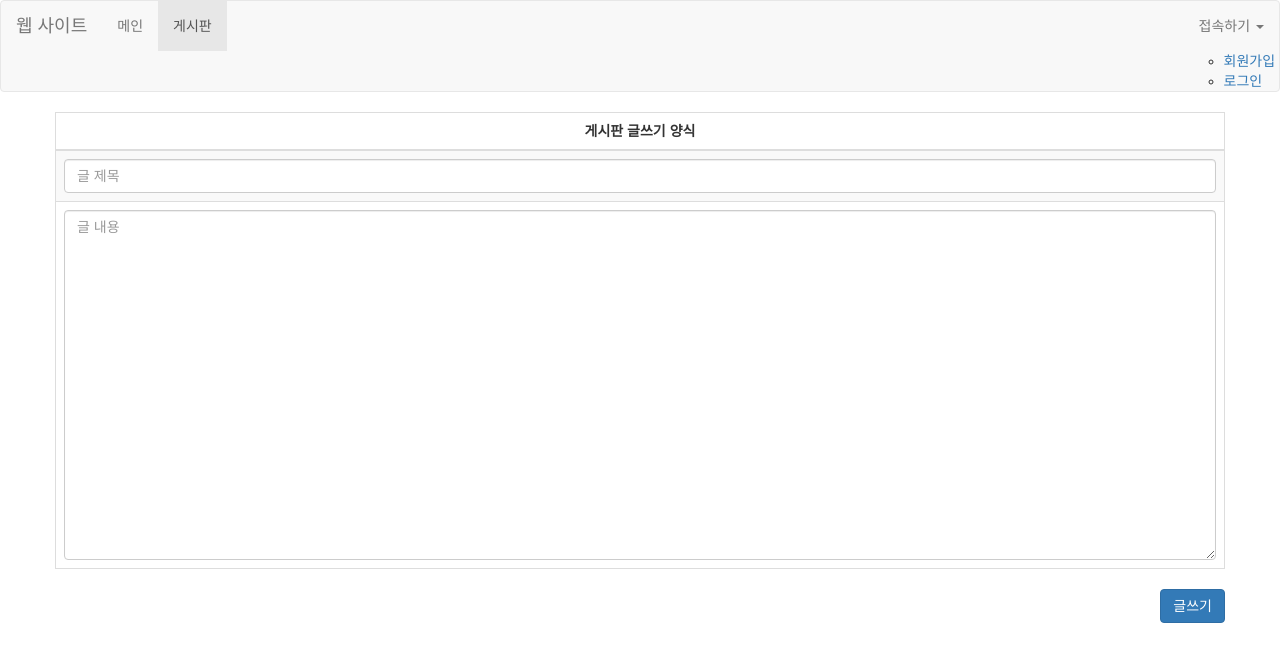
Repository: hayeon/JSP_BBS
Page: http://localhost/BBS/write.jsp
An editor plug-in stored every save of this project. The page is shown before and after the next save, followed by the edit.
The browser window is 1280 px wide. The pictures show the whole page.
The page is served by Tomcat 9. Other server files are loaded and not shown.

Above is the page before, as saved 2021-07-24 14:12:49.
Console error (its wording comes from the project's code and is left out).

### notice_board/BBS/WebContent/write.jsp
<%@ page language="java" contentType="text/html; charset=UTF-8"
	pageEncoding="UTF-8"%>
<%@ page import="java.io.PrintWriter"%>
<!DOCTYPE html>
<html>
<head>
<meta http-equiv="Content-Type" content="text/html; charset= UTF-8">
<meta name="viewport" content="width=device.width" , initial-scale="1">
<!--부트스트랩은 사이즈가 디바이스마다 깔쌈하게 크기가 변경되게 도와줌  -->
<link rel="stylesheet" href="css/bootstrap.css">
<!--스타일시트 참조, css폴더 안에 부트스트랩 참조-->
<title>JSP 웹 사이트</title>
</head>

<body>
	<%
	//로그인 안 하면 NULL값이 담기게 됨
	String userID = null;
	if (session.getAttribute("userID") != null) {
		userID = (String) session.getAttribute("userID");
	}
	%>
	<nav class="navbar navbar-default">
		<!--네이게이션바-->

		<div class="navbar-header">
			<button type="button" class="navbar-toggle collapsed"
				data-toggle="collapse" data-target="#bs-example-navbar-collapse-1"
				aria-expanded="false">
				<span class="icon-bar"></span>
				<!--아이콘 바에 작대기 그리기 4개 넣었으니 4줄-->
				<span class="icon-bar"></span> <span class="icon-bar"></span> <span
					class="icon-bar"></span>
			</button>

			<a class="navbar-brand" href="main.jsp"> 웹 사이트</a>
		</div>

		<div class="collapse navbar-collapse"
			id="bs-example-navbar-collapse-1">
			<ul class="nav navbar-nav">
				<!--ul은 리스트를 보여줌-->

				<li><a href="main.jsp">메인 </a></li>
				<!-- 메인으로 이동함 -->
				<li class="active"><a href="bbs.jsp">게시판 </a></li>
				<!-- 게시판으로 이동함 -->
			</ul>
			<%
			if (userID == null) { //로그인이 안되었다면
			%>

			<ul class="nav navbar-nav navbar-right">
				<li class="dropdown"><a href="#" class="dropdown-toggle"
					data-toggle="dropdown" role="buttton" aria-haspopup="true"
					aria-expanded="false">접속하기 <span class="caret"></span></a>

					<ul class="dropdowon-menu">
						<li><a href="join.jsp">회원가입</a></li>
						<li><a href="login.jsp">로그인</a></li>

						<!-- 액티브는 단 한개의 홈페이지에만 선택된 홈페이지 의미 -->

					</ul></li>
			</ul>
			<%
			} else {
			%>
			<ul class="nav navbar-nav navbar-right">
				<li class="dropdown"><a href="#" class="dropdown-toggle"
					data-toggle="dropdown" role="buttton" aria-haspopup="true"
					aria-expanded="false">회원관리 <span class="caret"></span></a>
					<ul class="dropdowon-menu">
						<li><a href="logoutAction.jsp">로그아웃</a></li>

					</ul></li>
			</ul>
			<%
			}
			%>

		</div>
	</nav>
	<div class="container">
		<div class="row">
			<table class="table table-striped"
				style="text-align: center; border: 1px solid #dddddd">
				<thead>
					<tr>
						<th colspan="2"
							style="background-color: #eeeee; text-align: center;">게시판
							글쓰기 양식</th>

					</tr>
				</thead>
				<tbody>
					<tr>
						<td><input type="text" class="form-control" placeholder="글 제목"
							name="bbsTitle" maxlength="50"></td> </tr> <!-- tr태그를 사용하여 한줄씩 출력 -->
						<tr>
							<td><textarea class="form-control" placeholder="글 내용" name="bbsContent"
							 maxlength="2048" style="height: 350px;"></textarea></td> </tr>
				</tbody>
			</table>
			<input type="submit" class="btn btn-primary pull-right" value="글쓰기">

		</div>
	</div>


	<script
		src="https://maxcdn.bootstrapcdn.com/bootstrap/3.3.7/js/bootstrap.min.js"></script>
	<script src="js/bootstrap.js">

	</script>
	<!-- js폴더 안에 부트스트랩 참조 -->
</body>
</html>

Loaded but not shown: notice_board/BBS/WebContent/css/bootstrap.css (library); notice_board/BBS/WebContent/js/bootstrap.js (library)

After the next save:
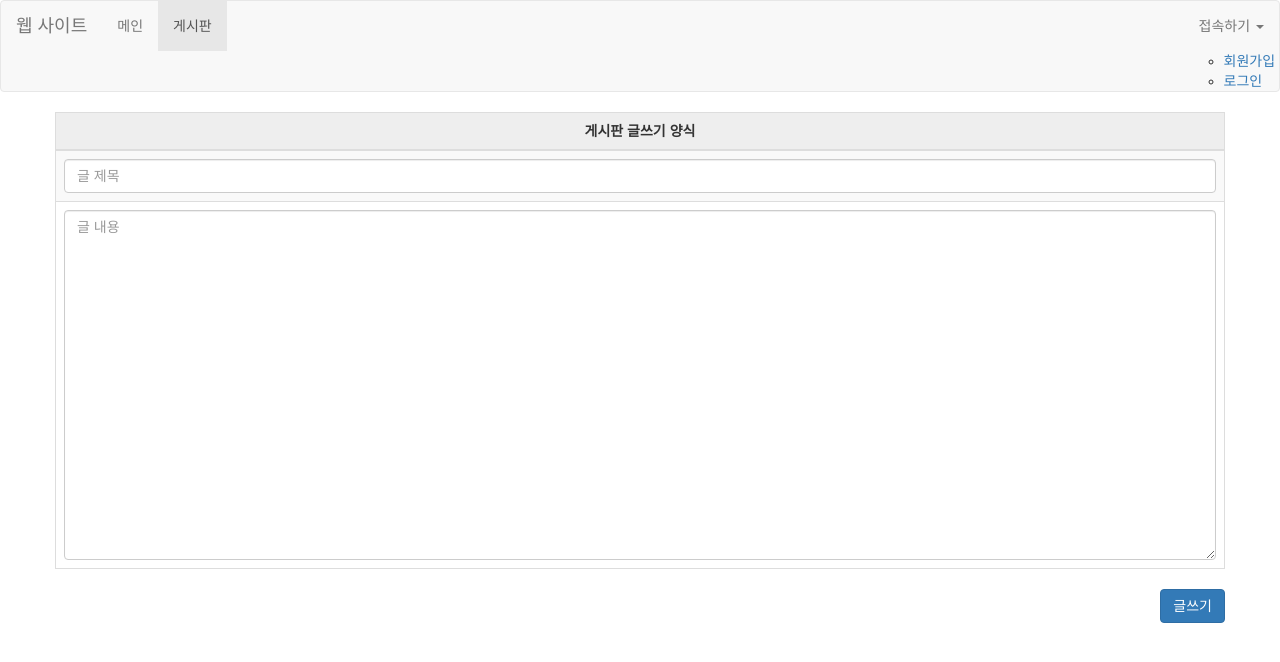
Saved 61 s later.
--- a/notice_board/BBS/WebContent/write.jsp
+++ b/notice_board/BBS/WebContent/write.jsp
@@ -88,7 +88,7 @@
 				<thead>
 					<tr>
 						<th colspan="2"
-							style="background-color: #eeeee; text-align: center;">게시판
+							style="background-color: #eeeeee; text-align: center;">게시판
 							글쓰기 양식</th>
 
 					</tr>
